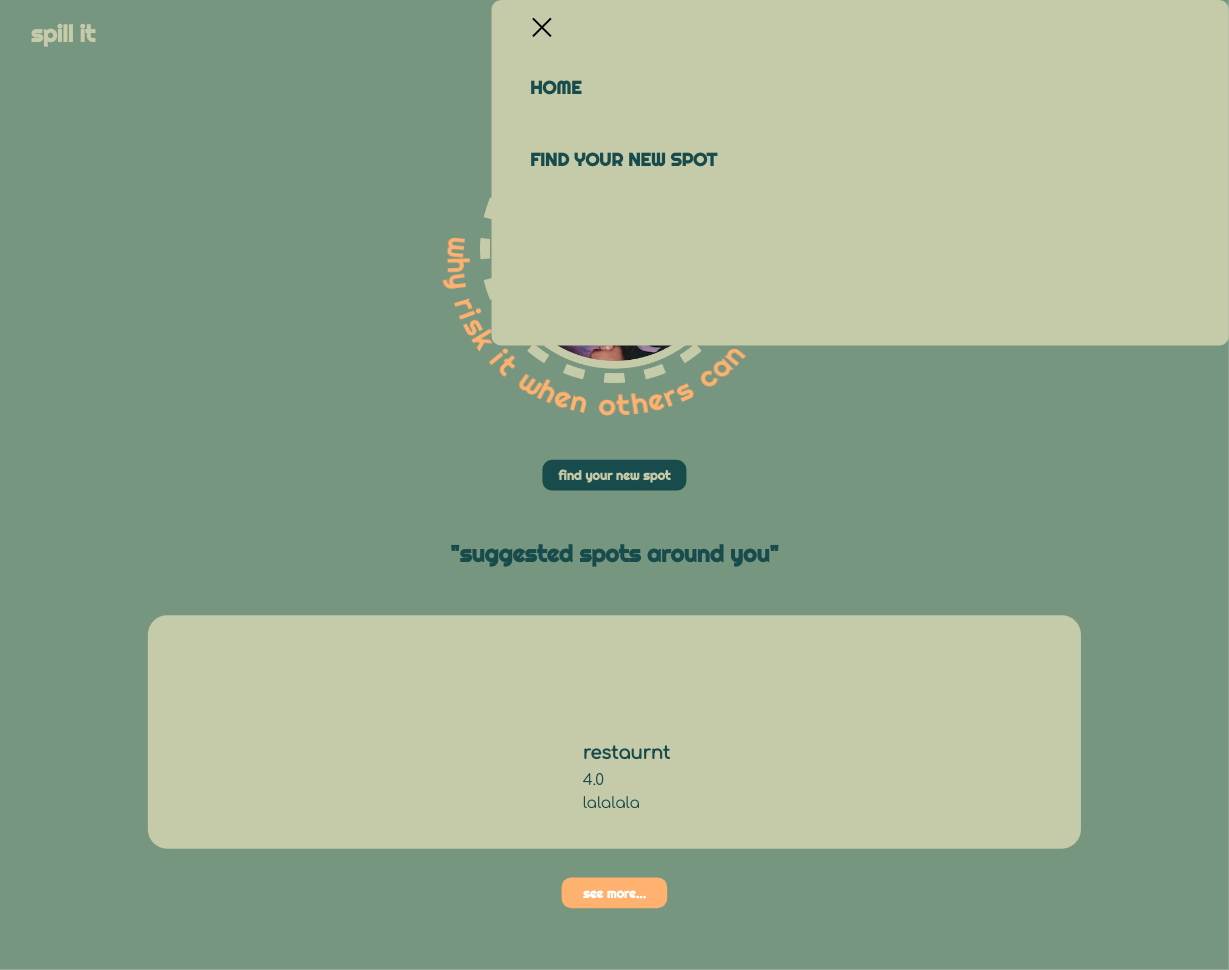
Repository: shaelorch/spillit
Page: /
An editor plug-in stored every save of this project. The page is shown before and after the next save, followed by the edit.
The browser window is 1280 px wide. The pictures show the whole page, at 96% of full size.
The project was rebuilt for these pictures with package versions that can differ from the ones it lists, and the page was loaded fresh each time. The framework's server and built-in components were replaced by stand-ins that run in the browser. Also part of the build but not shown: next.config.js.

Above is the page before, as saved 2023-02-10 14:45:17.

After the next save:
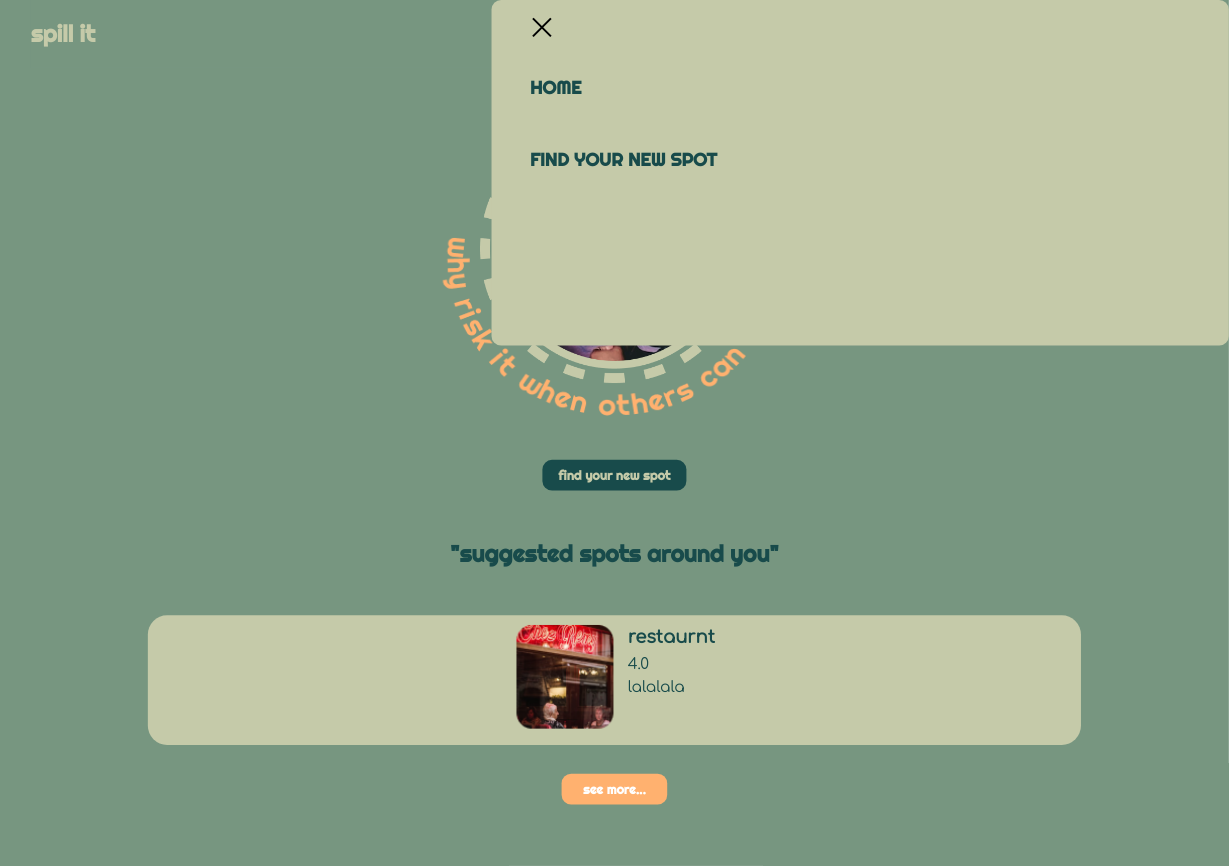
Saved 8 s later.
--- a/components/reviewCard.js
+++ b/components/reviewCard.js
@@ -7,7 +7,7 @@
     review="lalalala"
 }) {
 
-    return (<div style={{justifyContent:'center',display:'flex', width:"80%", height:135, backgroundColor:'#C5CAA9',padding:'10%',  borderRadius:20}}>
+    return (<div style={{justifyContent:'center',display:'flex', width:"80%", height:135, backgroundColor:'#C5CAA9',  borderRadius:20}}>
 
         <div style={{display:'flex', flexDirection:'row'}}>
             <img  style={{display:'flex', width:'45%', height:"80%", marginTop:10, marginLeft:10}} src="place.png"/>
